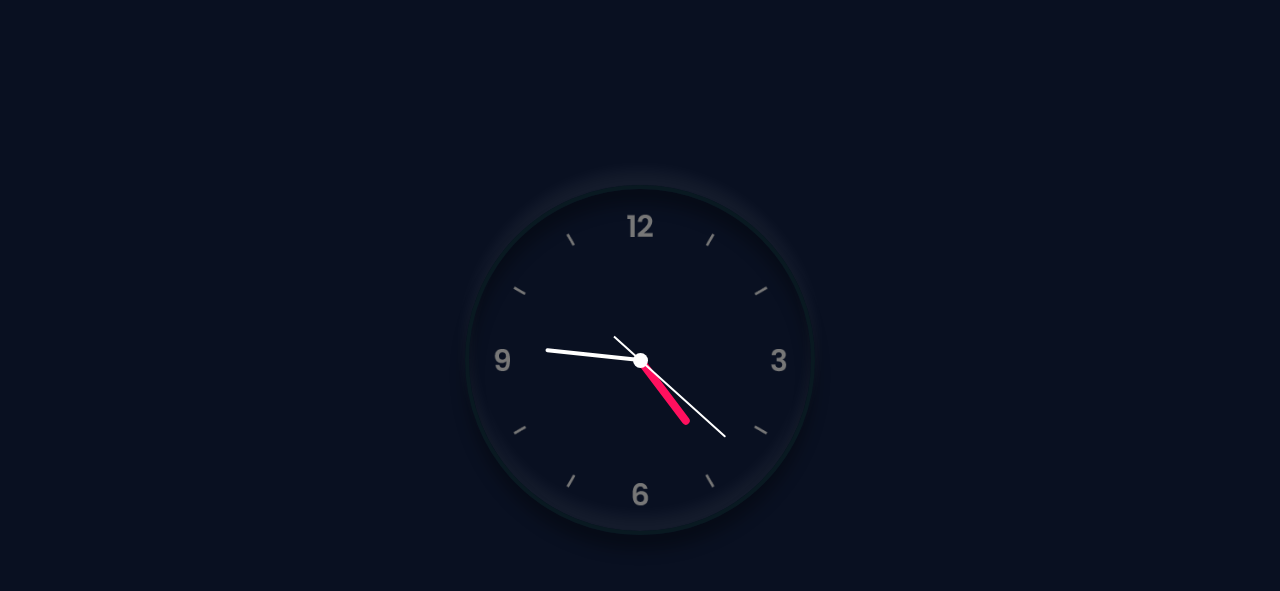
Repository: tharunkumaar404/Analog-Clock
Page: index.html
The author's editor kept a copy of each file at every save. The page is drawn from the files as they stood at one save, then again after the next save.
The browser window is 1280 px wide. The pictures show the whole page.

Above is the page before, as saved 2021-08-26 17:28:19.

After the next save:
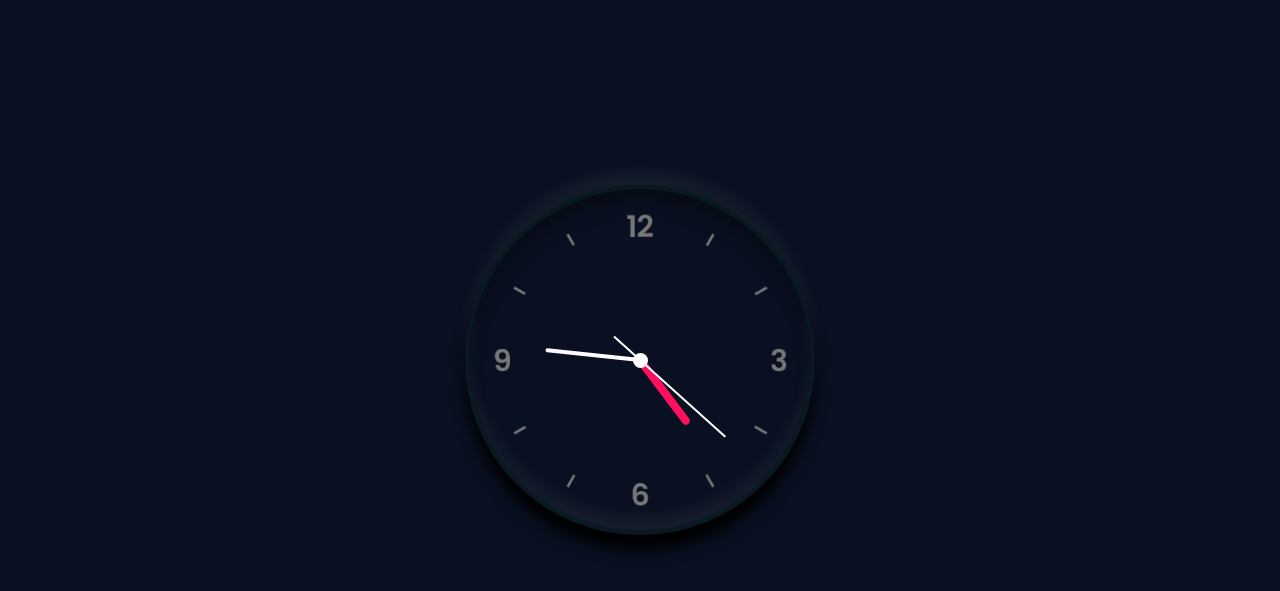
Saved 2 min 0 s later.
--- a/style.css
+++ b/style.css
@@ -25,7 +25,7 @@ body{
     border-radius:50%;
     box-shadow: 0 -15px 15px rgba(255,255,255,0.05),
                 inset 0 -15px 15px rgba(255,255,255,0.05),
-                0 15px 15px rgba(0,0,0,0.3),
+                0 15px 15px rgba(0,0,0,10),
                 inset 0 15px 15px rgba(0,0,0,0.3);
 }
 
